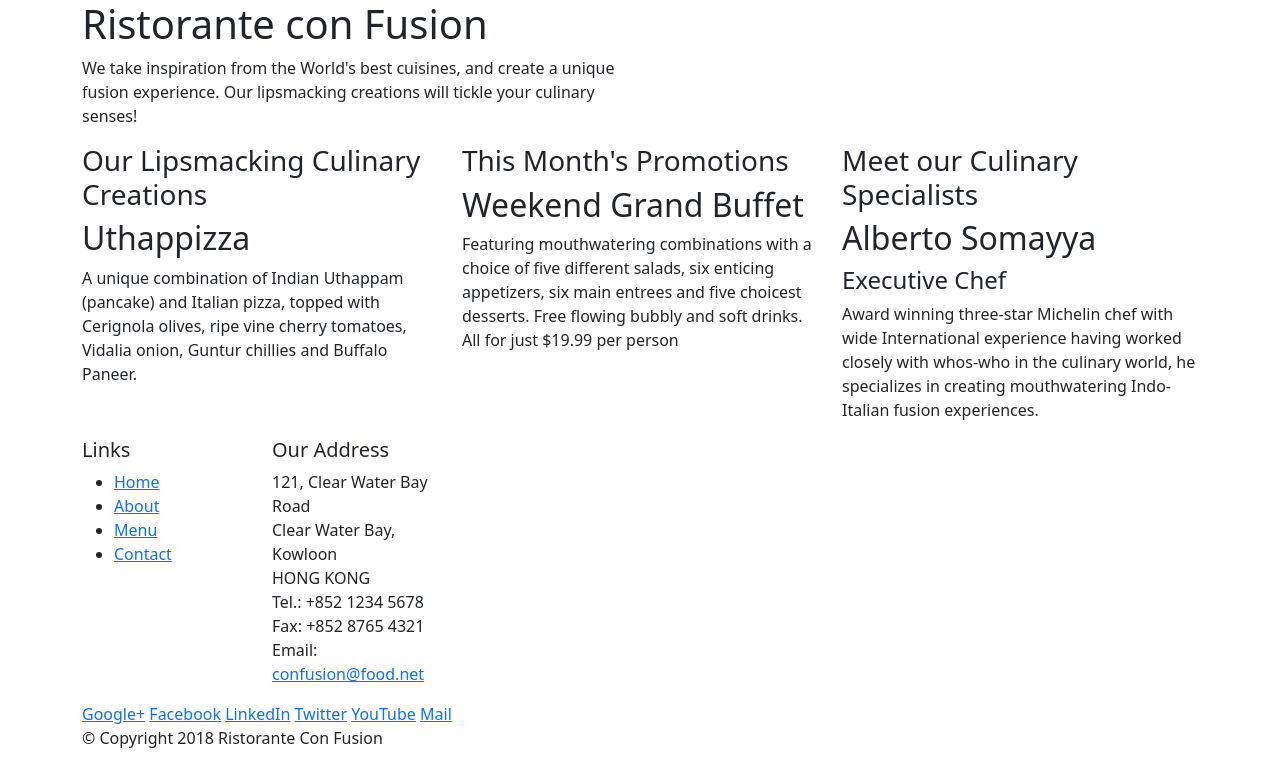
Repository: GiaBaooLe/Reactjs
Page: index.html
These files come from the project's save history. The page is drawn as it stood at one moment and after the next save; the edit follows.
The browser window is 1280 px wide. The pictures show the whole page.
Some web libraries are served in a nearby version.

Above is the page before, as saved 2023-09-12 14:08:02.

### index.html
<!DOCTYPE html>
<html lang="en">
  <head>

    <!-- Required meta tags always come first -->
    <meta charset="utf-8" />
    <meta
      name="viewport"
      content="width=device-width, initial-scale=1, shrink-to-fit=no"
    />
    <meta http-equiv="x-ua-compatible" content="ie=edge" />
    <!-- Bootstrap CSS -->
    <link
      rel="stylesheet"
      href="node_modules/bootstrap/dist/css/bootstrap.min.css"
    />

    <title>Ristorante Con Fusio</title>
  </head>

  <body>
    <header class="jumbotron">
        <div class="container">
            <div class="row">


          <div class="col-12 col-sm-6">
            <h1>Ristorante con Fusion</h1>
            <p>
              We take inspiration from the World's best cuisines, and create a
              unique fusion experience. Our lipsmacking creations will tickle
              your culinary senses!
            </p>
          </div>
          </div>
        </div>


    </div>
    </header>

    <div class="container">
        <div class="row">
      <div class="col-12 col-sm-4 ">
        <div>
          <h3>Our Lipsmacking Culinary Creations</h3>
        </div>
        <div>
          <h2>Uthappizza</h2>
          <p>
            A unique combination of Indian Uthappam (pancake) and Italian pizza,
            topped with Cerignola olives, ripe vine cherry tomatoes, Vidalia
            onion, Guntur chillies and Buffalo Paneer.
          </p>
        </div>
      </div>


      <div class="col-12 col-sm-4 ">
        <div>
          <h3>This Month's Promotions</h3>
        </div>
        <div>
          <h2>Weekend Grand Buffet</h2>
          <p>
            Featuring mouthwatering combinations with a choice of five different
            salads, six enticing appetizers, six main entrees and five choicest
            desserts. Free flowing bubbly and soft drinks. All for just $19.99
            per person
          </p>
        </div>
      </div>

      <div class="col-12 col-sm-4 ">
        <div>
          <h3>Meet our Culinary Specialists</h3>
        </div>
        <div>
          <h2>Alberto Somayya</h2>
          <h4>Executive Chef</h4>
          <p>
            Award winning three-star Michelin chef with wide International
            experience having worked closely with whos-who in the culinary
            world, he specializes in creating mouthwatering Indo-Italian fusion
            experiences.
          </p>
        </div>
      </div>
    </div>
    </div>
</div>

    <footer>
      <div class="container">
        <div class="row">

          <div class="col-4 col-sm-2">
            <h5>Links</h5>
            <ul>
              <li><a href="#">Home</a></li>
              <li><a href="#">About</a></li>
              <li><a href="#">Menu</a></li>
              <li><a href="#">Contact</a></li>
            </ul>
          </div>
          <div class="col-4 col-sm-2">
            <h5>Our Address</h5>
            <address>
              121, Clear Water Bay Road<br />
              Clear Water Bay, Kowloon<br />
              HONG KONG<br />
              Tel.: +852 1234 5678<br />
              Fax: +852 8765 4321<br />
              Email: <a href="mailto:confusion@food.net">confusion@food.net</a>
            </address>
          </div>
          <div class="col-12 col-sm-">
            <div>
              <a href="http://google.com/+">Google+</a>
              <a href="http://www.facebook.com/profile.php?id=">Facebook</a>
              <a href="http://www.linkedin.com/in/">LinkedIn</a>
              <a href="http://twitter.com/">Twitter</a>
              <a href="http://youtube.com/">YouTube</a>
              <a href="mailto:">Mail</a>
            </div>
          </div>
        </div>
        <div>
          <div>
            <p>© Copyright 2018 Ristorante Con Fusion</p>
          </div>
        </div>
      </div>
    </footer>
  </body>
  <script src="node_modules/jquery/dist/jquery.slim.min.js"></script>
  <script src="node_modules/popper.js/dist/umd/popper.min.js"></script>
  <script src="node_modules/bootstrap/dist/js/bootstrap.min.js"></script>
</html>

After the next save:
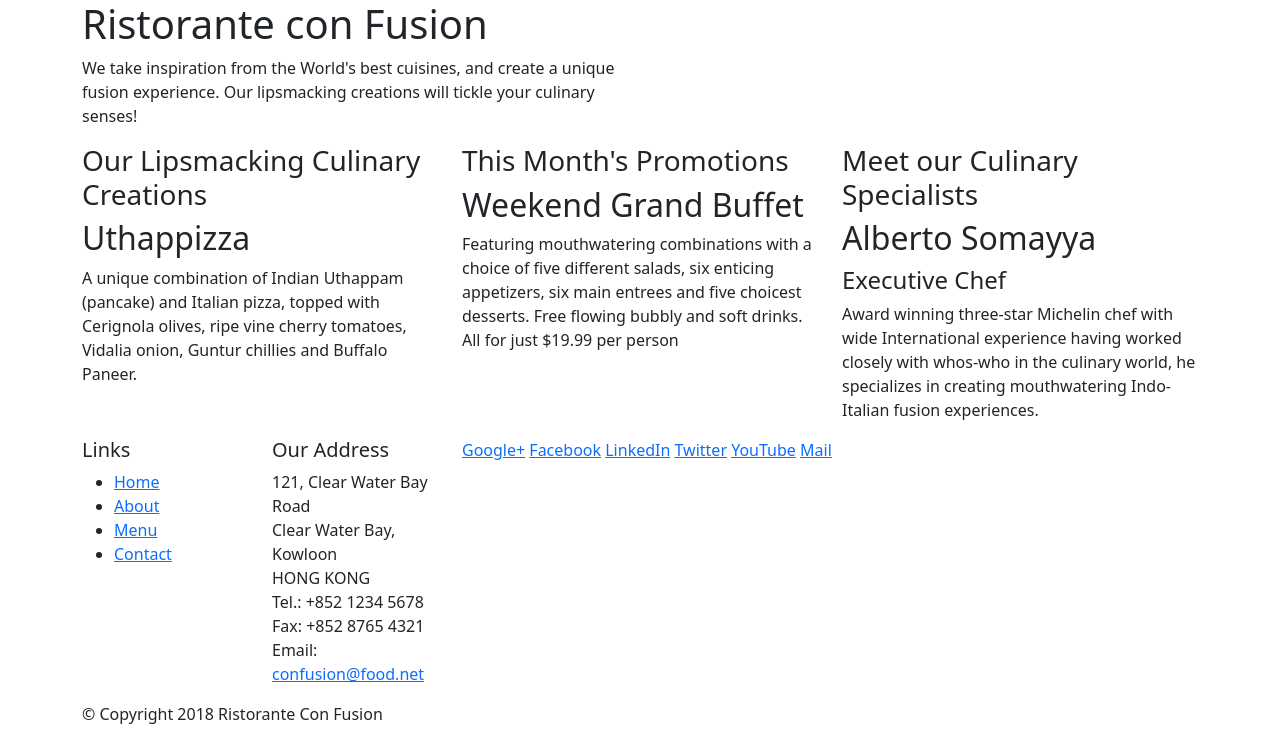
Saved 4 s later.
--- a/index.html
+++ b/index.html
@@ -114,7 +114,7 @@
               Email: <a href="mailto:confusion@food.net">confusion@food.net</a>
             </address>
           </div>
-          <div class="col-12 col-sm-">
+          <div class="col-12 col-sm-6">
             <div>
               <a href="http://google.com/+">Google+</a>
               <a href="http://www.facebook.com/profile.php?id=">Facebook</a>
